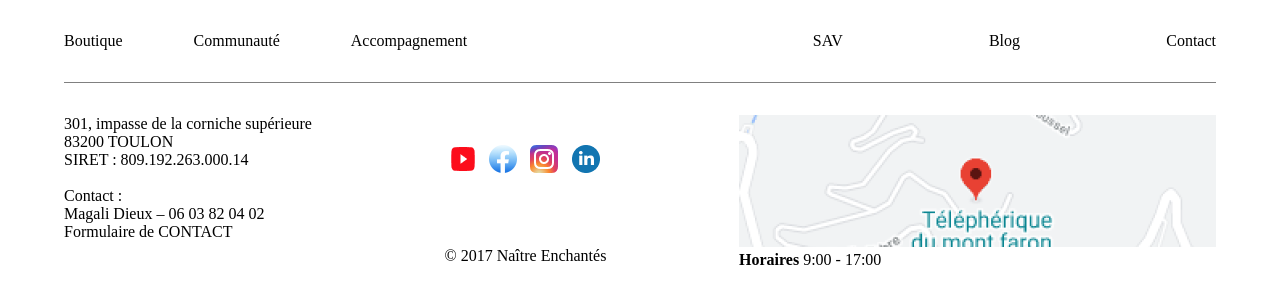
Repository: Khadija-Asa/naitre-enchantes
Page: footer.html
An editor plug-in stored every save of this project. The page is shown before and after a run of saves, followed by the edit.
The browser window is 1280 px wide. The pictures show the whole page.

Above is the page before, as saved 2020-11-24 23:19:14.

After the next 3 saves:
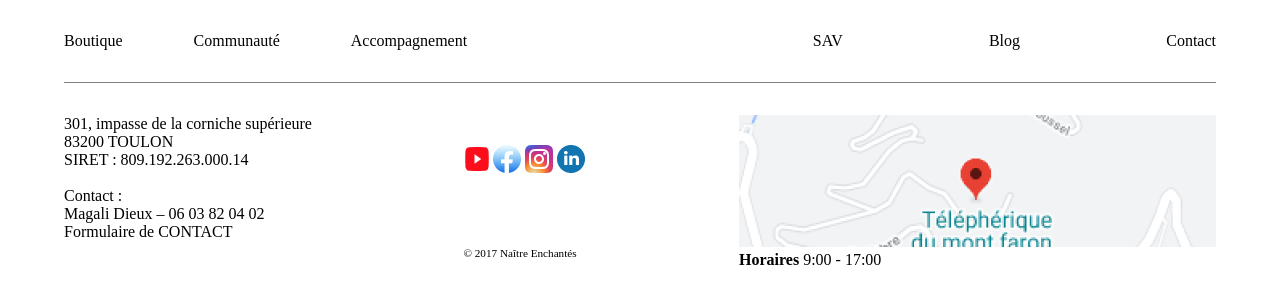
The 3 saves are shown as one change because they came seconds apart.
The last was saved 8 s later.
--- a/footer.css
+++ b/footer.css
@@ -44,5 +44,5 @@
     text-decoration: none;
 }
 .bottom_middle p {
-    font-size: ;
+    font-size: .7em;
 }
